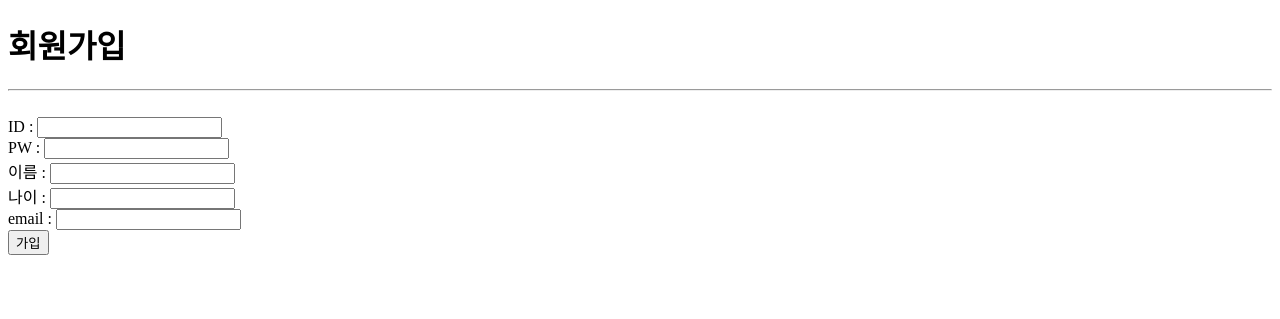
Repository: yangone8249/jsp_project
Page: http://localhost/yang_project/member/MemberCreate.jsp
An editor plug-in stored every save of this project. The page is shown before and after the next save, followed by the edit.
The browser window is 1280 px wide. The pictures show the whole page.
The page is served by Tomcat 9. Other server files are loaded and not shown.

Above is the page before, as saved 2023-05-26 06:43:42.

### yang_project/yang_project/src/main/webapp/member/MemberCreate.jsp
<%@ page language="java" contentType="text/html; charset=UTF-8"
    pageEncoding="UTF-8"%>
<!DOCTYPE html>
<html>
<head>
<meta charset="UTF-8">
<title>회원가입</title>
</head>
<body>
	<h1>회원가입</h1>
		<hr><br>
	<form action="/mem/insert" method="post">
	ID : <input type="text" name="id"/><br>
	PW : <input type="password" name="password"/><br>
	이름 : <input type="text" name="name"/><br>
	나이 : <input type="text" name="age"/><br>
	email : <input type="email" name="email"/><br>
	<button type="submit">가입</button>
	</form>
</body>
</html>

After the next save:
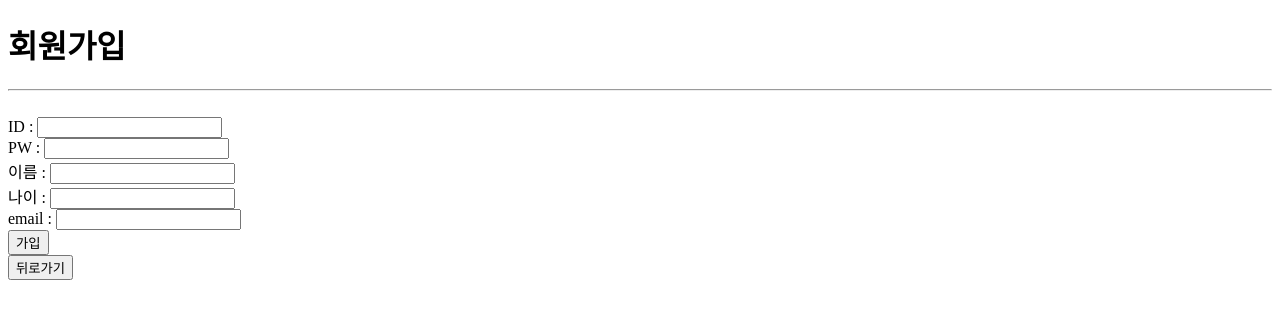
Saved 72 s later.
--- a/yang_project/yang_project/src/main/webapp/member/MemberCreate.jsp
+++ b/yang_project/yang_project/src/main/webapp/member/MemberCreate.jsp
@@ -17,5 +17,6 @@
 	email : <input type="email" name="email"/><br>
 	<button type="submit">가입</button>
 	</form>
+	<a href="/"><button type="button">뒤로가기</button></a>
 </body>
 </html>
